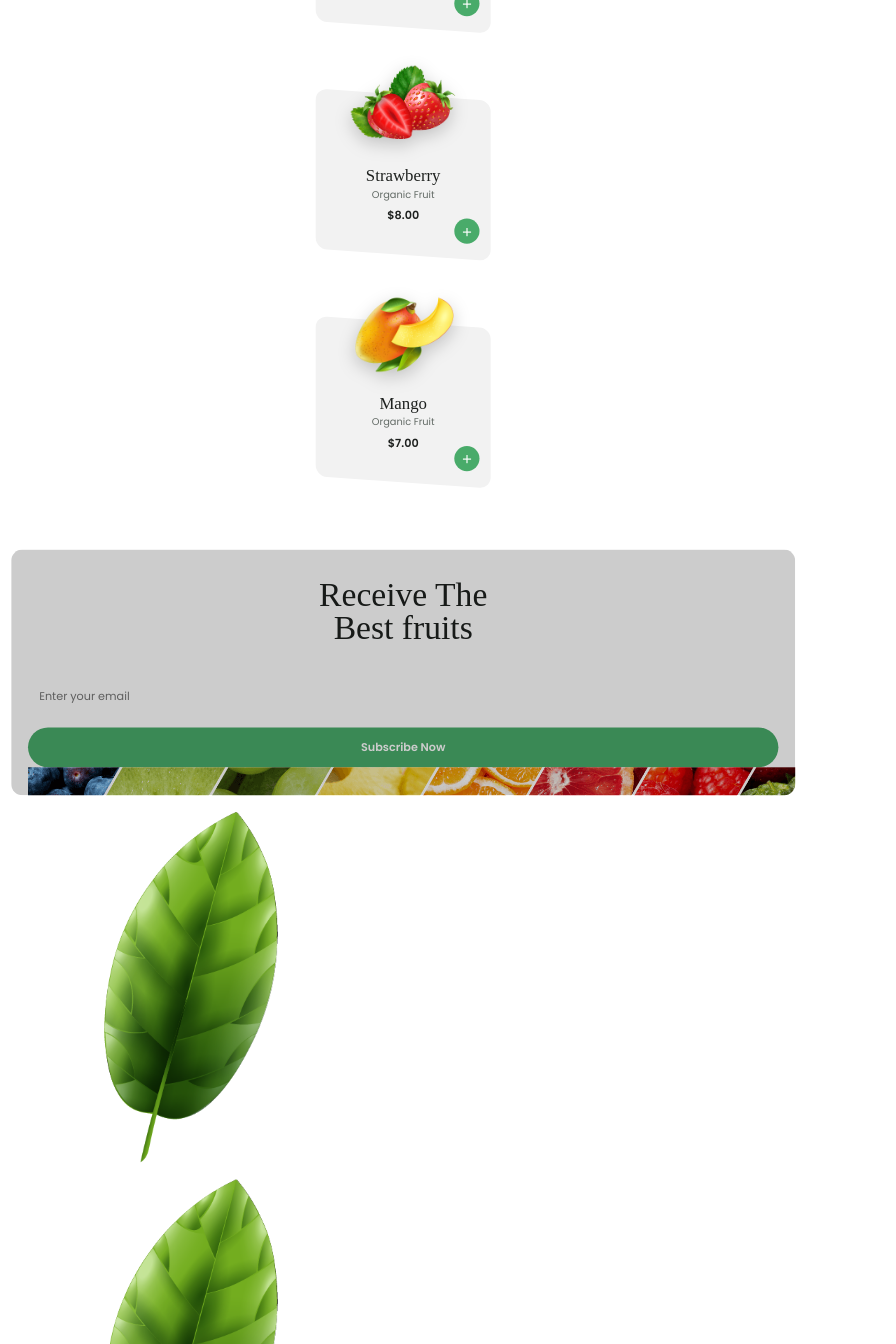
Repository: dinhhaidh/fruit
Page: index.html
These files come from the project's save history. The page is drawn as it stood at one moment and after the next save; the edit follows.
The browser window is 1280 px wide. The pictures show the part of the page from y = 3803 to 5723 px (the page is 6069 px tall), at 70% of full size.
Some web fonts or font styles are not loaded; a fallback is used.

Above is the page before, as saved 2024-02-19 10:03:20.
Console error: ReferenceError: ScrollReveal is not defined

### index.html
<!DOCTYPE html>
<html lang="en">
<head>
    <meta charset="UTF-8">
    <meta name="viewport" content="width=device-width, initial-scale=1.0">

    <!--=============== FAVICON ===============-->
    <link rel="shortcut icon" href="assets/img/favicon.png" type="image/x-icon">

    <!--=============== REMIXICONS ===============-->
    <link rel="stylesheet" href="https://cdnjs.cloudflare.com/ajax/libs/remixicon/3.5.0/remixicon.css" crossorigin="">

    <!--=============== CSS ===============-->
    <link rel="stylesheet" href="./css/style.css">

    <title>Responsive fruit website - Bedimcode</title>
</head>
<body>
    <!--==================== HEADER ====================-->
    <header class="header" id="header">
        <nav class="nav container">
            <a href="#" class="nav__logo">
                <img src="./img/logo.png" alt=""> Fruit
            </a>
            <div class="nav__menu" id="nav-menu">
                <ul class="nav__list">
                    <li class="nav__item">
                        <a href="#Home" class="nav__link">Home</a>
                    </li>
                    <li class="nav__item">
                        <a href="#enjoy" class="nav__link">About Us</a>
                    </li>
                    <li class="nav__item">
                        <a href="#popular" class="nav__link">Popular</a>
                    </li>
                    <li class="nav__item">
                        <a href="#join" class="nav__link">Join Us</a>
                    </li>
                </ul>

                <a href="#" class="nav__close" id="nav-close">
                    <i class="ri-close-line"></i>
                </a>

                <img src="./img/branch-2.png" alt="" class="nav__img-1">
                <img src="./img/fruit-line-1.png" alt="" class="nav__img-2">
            </div>

            <div class="nav__buttons">

                <i class="ri-moon-line theme__button" id="theme-button"></i>

                <div class="nav__toggle" id="nav-toggle">
                    <i class="ri-apps-2-line"></i>
                </div>
            </div>
        </nav>
    </header>

    <!--==================== MAIN ====================-->
    <main class="main">
        <!--==================== HOME ====================-->
        <section class="home section" id="home">
            <div class="home__container container grid">
                <div class="home__data">
                    <h1 class="home__title">Enjoy The <br>
                        Best Fresh <br>
                        Fruits
                    </h1>
                    <p class="home__desc">Enjoy the best organic fruits harvested with the best possible quality, obtaining unique and delicious favours</p>
                    <img src="./img/fruit-line-2.png" alt="image" class="home__fruit">
                    <a href="#" class="button">
                        Order Fruit Now
                    </a>
                </div>
                <img src="./img/home-fruits.png" alt="image" class="home__img">
            </div>
            <img src="./img/branch-2.png" alt="image" class="home__branch">
        </section>

        <!--==================== ENJOY ====================-->
        <section class="enjoy section">
            <h2 class="section__title">Eat And Enjoy</h2>
            <div class="enjoy__container container grid">
                <article class="enjoy__card">
                    <div class="enjoy__bg"></div>

                    <img src="./img/enjoy-1.png" alt="" class="enjoy__img">
                    <h3 class="enjoy__title">Healthy</h3>
                    <span class="enjoy__subtitle">Tropical Fruit</span>
                </article>
                <article class="enjoy__card">
                    <div class="enjoy__bg"></div>

                    <img src="./img/enjoy-2.png" alt="" class="enjoy__img">
                    <h3 class="enjoy__title">Healthy</h3>
                    <span class="enjoy__subtitle">Tropical Fruit</span>
                </article>
                <article class="enjoy__card">
                    <div class="enjoy__bg"></div>

                    <img src="./img/enjoy-3.png" alt="" class="enjoy__img">
                    <h3 class="enjoy__title">Healthy</h3>
                    <span class="enjoy__subtitle">Tropical Fruit</span>
                </article>
            </div>
        </section>

        <!--==================== ABOUT US ====================-->
        <section class="about section" id="about">
            <div class="about__container container grid">
                <div class="about__data">
                    <h2 class="section__title">
                        We Provide <br>
                        Healthy Fruits
                    </h2>
                    <p class="about__desc">Lorem ipsum dolor sit amet, consectetur adipisicing elit. Iusto voluptatum officia non dolores illum, hic necessitatibus sit? Sapiente, voluptatem nisi!</p>
                    <a href="#" class="button">Know More</a>
                    <img src="./img/fruit-line-1.png" alt="image" class="about__fruit">
                </div>
                <img src="./img/about-fruits.png" alt="image" class="about__img">
            </div>
            <img src="./img/branch-1.png" alt="image" class="about__branch">

        </section>

        <!--==================== POPULAR ====================-->
        <section class="popular section" id="popular">
            <h2 class="section__title">Popular Fruits</h2>
            <div class="popular__container container grid">
                <article class="popular__card">
                    <div class="popular__bg"></div>

                    <img src="./img/popular-1.png" alt="" class="popular__img">
                    <h2 class="popular__title">Apple</h2>
                    <span class="popular__subtitle">Organic Fruit</span>
                    <h3 class="popular__price">$4.00</h3>
                    <a href="#" class="popular__button button">
                        <i class="ri-add-line"></i>
                    </a>
                </article>
                <article class="popular__card">
                    <div class="popular__bg"></div>

                    <img src="./img/popular-2.png" alt="" class="popular__img">
                    <h2 class="popular__title">Watermelon</h2>
                    <span class="popular__subtitle">Organic Fruit</span>
                    <h3 class="popular__price">$7.00</h3>
                    <a href="#" class="popular__button button">
                        <i class="ri-add-line"></i>
                    </a>
                </article>

                <article class="popular__card">
                    <div class="popular__bg"></div>

                    <img src="./img/popular-3.png" alt="" class="popular__img">
                    <h2 class="popular__title">Pineapple</h2>
                    <span class="popular__subtitle">Organic Fruit</span>
                    <h3 class="popular__price">$5.00</h3>
                    <a href="#" class="popular__button button">
                        <i class="ri-add-line"></i>
                    </a>
                </article>

                <article class="popular__card">
                    <div class="popular__bg"></div>

                    <img src="./img/popular-4.png" alt="" class="popular__img">
                    <h2 class="popular__title">Banana</h2>
                    <span class="popular__subtitle">Organic Fruit</span>
                    <h3 class="popular__price">$3.00</h3>
                    <a href="#" class="popular__button button">
                        <i class="ri-add-line"></i>
                    </a>
                </article>

                <article class="popular__card">
                    <div class="popular__bg"></div>

                    <img src="./img/popular-5.png" alt="" class="popular__img">
                    <h2 class="popular__title">Strawberry</h2>
                    <span class="popular__subtitle">Organic Fruit</span>
                    <h3 class="popular__price">$8.00</h3>
                    <a href="#" class="popular__button button">
                        <i class="ri-add-line"></i>
                    </a>
                </article>

                <article class="popular__card">
                    <div class="popular__bg"></div>

                    <img src="./img/popular-6.png" alt="" class="popular__img">
                    <h2 class="popular__title">Mango</h2>
                    <span class="popular__subtitle">Organic Fruit</span>
                    <h3 class="popular__price">$7.00</h3>
                    <a href="#" class="popular__button button">
                        <i class="ri-add-line"></i>
                    </a>
                </article>

            </div>
        </section>

        <!--==================== JOIN US ====================-->
        <section class="join section" id="join">
            <div class="join__container container grid">
                <div class="join__content grid">
                    <div class="join__data">
                        <h2 class="section__title">Receive The <br>
                            Best fruits
                        </h2>
                        <p class="join__desc">
                            Get up to date with the latest fruit harvests and information form us.
                        </p>
                        <form action="" class="join__form">
                            <input type="email" placeholder="Enter your email" class="join__input">
                            <a href="#" class="join__button button">Subscribe Now</a>
                        </form>
                        <img src="./img/join-bg.png" alt="image" class="join__bg">
                    </div>
                </div>
                <img src="./img/leaf.png" alt="" class="join__img-1">
                <img src="./img/leaf.png" alt="" class="join__img-2">
            </div>

        </section>
    </main>

    <!--==================== FOOTER ====================-->
    <footer class="footer">

    </footer>

    <!--========== SCROLL UP ==========-->


    <!--=============== SCROLLREVEAL ===============-->
    <script src=""></script>

    <script src="https://code.jquery.com/jquery-3.7.1.slim.min.js"></script>

    <!--=============== MAIN JS ===============-->
    <script src="./js/main.js"></script>
</body>
</html>

### css/style.css
/*=============== GOOGLE FONTS ===============*/
@import url("https://fonts.googleapis.com/css2?family=Cherry+Bomb+One&family=Poppins:wght@400;500;600&display=swap");

/*=============== VARIABLES CSS ===============*/
:root {
  --header-height: 3.5rem;

  /*========== Colors ==========*/
  /*Color mode HSL(hue, saturation, lightness)*/
  --first-color: hsl(140, 40%, 48%);
  --first-color-alt: hsl(140, 40%, 44%);
  --title-color: hsl(140, 4%, 12%);
  --text-color: hsl(140, 4%, 40%);
  --text-color-light: hsl(140, 4%, 64%);
  --white-color: hsl(0, 0%, 100%);
  --body-color: hsl(0, 0%, 100%);
  --container-color: hsl(0, 0%, 95%);
  --shadow-img: drop-shadow(0 8px 12px hsla(0, 0%, 0%, .2));
  --filter-img: invert(1);

  /*========== Font and typography ==========*/
  /*.5rem = 8px | 1rem = 16px ...*/
  --body-font: "Poppins", sans-serif;
  --second-font: "Cherry Bomb One", cursive;
  --biggest-font-size: 3rem;
  --big-font-size: 2rem;
  --h1-font-size: 1.5rem;
  --h2-font-size: 1.25rem;
  --h3-font-size: 1rem;
  --normal-font-size: .938rem;
  --small-font-size: .813rem;

  /*========== Font weight ==========*/
  --font-regular: 400;
  --font-medium: 500;
  --font-semi-bold: 600;

  /*========== z index ==========*/
  --z-tooltip: 10;
  --z-fixed: 100;
}

/*========== Responsive typography ==========*/
@media screen and (min-width: 1150px) {
  :root {
    --biggest-font-size: 5.5rem;
    --big-font-size: 3rem;
    --h1-font-size: 2.25rem;
    --h2-font-size: 1.5rem;
    --h3-font-size: 1.25rem;
    --normal-font-size: 1rem;
    --small-font-size: .875rem;
  }
}

/*=============== BASE ===============*/
* {
  box-sizing: border-box;
  padding: 0;
  margin: 0;
}

html {
  scroll-behavior: smooth;
}

body,
input,
button {
  font-family: var(--body-font);
  font-size: var(--normal-font-size);
}

body {
  background-color: var(--body-color);
  color: var(--text-color);
  transition: background-color .4s;
}

input,
button {
  border: none;
  outline: none;
}

h1, h2, h3, h4 {
  color: var(--title-color);
  font-weight: var(--font-medium);
  line-height: 100%;
}

ul {
  list-style: none;
}

a {
  text-decoration: none;
}

img {
  display: block;
  max-width: 100%;
  height: auto;
}

/*=============== THEME ===============*/


/*========== Variables Dark Theme ==========*/



/*==========
	Color changes in some parts of
	the website, in dark theme
==========*/


/*=============== REUSABLE CSS CLASSES ===============*/
.container {
  max-width: 1120px;
  margin-inline: 1.5rem;
}

.grid {
  display: grid;
  gap: 1.5rem;
}

.section {
  padding-block: 5rem 1rem;
}

.section__title {
  font-size: var(--big-font-size);
  font-family: var(--second-font);
  text-align: center;
  margin-bottom: 1rem;
}

.main {
  overflow: hidden; /* For animation ScrollReveal */
}

/*=============== HEADER & NAV ===============*/
.header{
    position: fixed;
    width: 100%;
    top: 0;
    left: 0;
    background-color: var(--body-color);
    z-index: var(--z-fixed);
    transition: box-shadow .4s, background-color .4s;
}
.nav{
    height: var(--header-height);
    display:flex;
    align-items: center;
    justify-content: space-between;
}
.nav__close,
.nav__toggle,
.nav__logo{
    display:flex;
    align-items: center;
    justify-content: center;
    color: var(--title-color);
}
.nav__logo{
    column-gap: 0.25rem;
    font-family: var(--second-font);
    font-size: var(--h3-font-size);
}
.nav__logo img {
    width: 1.25rem;
}
.nav__link{
    color: var(--title-color);
    font-weight: var(--font-semi-bold);
    transition: color .4s;
}
.nav__link:hover{
    color: var(--first-color);
}
.nav__buttons{
    display: flex;
    column-gap: 1rem;
}

/* Navigation for mobile devices */
@media screen and (max-width: 1150px) {
    .nav__menu{
        position: fixed;
        width: 100%;
        top: -100%;
        left: 0;
        background-color: var(--body-color);
        box-shadow:  0 2px 16px hsla(0, 0%, 0%, .1);
        z-index: var(--z-fixed);
        padding-block: 4.5rem;
        transition: top .4s;
    }
    .nav__close{
        position: absolute;
        top: 1.2rem;
        right: 1.5rem;
    }
    .nav__list{
        display: flex;
        flex-direction: column;
        row-gap: 2.5rem;
        text-align: center;
    }
    .nav__img-1,
    .nav__img-2{
        position: absolute;
        filter: var(--filter-img);
    }
    .nav__img-1{
        top: -2.5rem;
        width: 150px;
        rotate: 180deg;
        left: -3.5rem;
    }
    .nav__img-2{
        width: 50px;
        bottom: 2.5rem;
        right: 2.5rem;
    }
}


/* Show menu */
.show-menu{
    top: 0;
}

/* Add shadow header */


/* Active link */


/*=============== HOME ===============*/
.home{
    position: relative;
}

.container{
    margin-inline: 1rem;
}

.home__container {
    padding-top: 2.5rem;
    row-gap: 2rem;
}
.home__data{
    position: relative;
    text-align: center;
}
.home__title{
    font-size: var(--biggest-font-size);
    font-family: var(--second-font);
    margin-bottom: 1rem;
}
.home__desc{
    margin-bottom: 2rem;
}
.button{
    display: inline-block;
    background-color: var(--first-color);
    color: var(--white-color);
    padding: 1rem 2rem;
    border-radius: 4rem;
    font-weight: var(--font-semi-bold);
    transition: box-shadow .4s;
}
.button:hover{
    box-shadow: 0 8px 24px hsla(140, 40%, 48%, .3);
}
.home__fruit,
.home__branch{
    position: absolute;
    filter: var(--filter-img);

}
.home__fruit{
    width: 40px;
    top: 6.75rem;
    left: 1rem;
}
.home__img{
    width: 320px;
    justify-self: center;
    filter: var(--shadow-img);
}
.home__branch{
    width: 120px;
    right: -3rem;
    bottom: 15rem;
}

/*=============== BUTTON ===============*/


/*=============== ENJOY ===============*/
.enjoy{

}

.enjoy__container{

}

.enjoy__card{
    position: relative;
    text-align: center;
    padding: 1.5rem 2.5rem;
}
.enjoy__bg{
    background-color: var(--container-color);
    width: 100%;
    height: 100%;
    position: absolute;
    top: 0;
    left: 0;
    border-radius: 1rem;
    transform: skew(4deg);
    transition: background-color .4s;
    z-index: -1;
}
.enjoy__img{
    width: 120px;
    margin: 0 auto;
    filter: var(--shadow-img);
    transition: transform .4s;
}
.enjoy__img:hover{
    transform: translateX(-.25rem);
}
.enjoy__title{
    font-family: var(--second-font);
    font-size: var(--h1-font-size);
    margin-bottom: 0.25rem;
}
.enjoy__subtitle{
    font-size: var(--small-font-size);
}

/*=============== ABOUT ===============*/
.about{
    position: relative;
}

.about__data{
    position: relative;
    text-align: center;
}

.about__desc{
    margin-bottom: 2rem;
}

.about__fruit,
.about__branch{
    position: absolute;
    filter: var(--filter-img);

}
.about__fruit{
    bottom: 2rem;
    right: 1rem;
    width: 40px;
}
.about__img{
    box-shadow: var(--shadow-img);
    width: 320px;
    justify-self: center;
}
.about__branch{
    width: 120px;
    bottom: 15rem;
    rotate: 60deg;
    left: -3.5rem;
}

/*=============== POPULAR ===============*/
.popular{

}

.popular__container{
    padding-top: 6rem;
    grid-template-columns: 250px;
    justify-content: center;
    row-gap: 6rem;
}

.popular__card{
    position: relative;
    text-align: center;
    padding-block: 6.5rem 3rem;
}
.popular__bg{
    width: 100%;
    height: 100%;
    position: absolute;
    top: 0;
    left: 0;
    background-color: var(--container-color);
    z-index: -1;
    transform: skewY(4deg);
    border-radius: 1rem;
    transition: background-color .4s;
}
.popular__img{
    margin: 0 auto 0.75rem;
    width: 150px;
    position: absolute;
    top: -4rem;
    left: 0;
    right: 0;
    filter: var(--shadow-img);
    transition: .4s;
}
.popular__title{
    font-size: var(--h2-font-size);
    font-family: var(--second-font);
    margin-bottom: 0.25rem;
}
.popular__subtitle{
    margin-bottom: 0.75rem;
    display: block;
    font-size: var(--small-font-size);
}
.popular__price{
    font-size: var(--normal-font-size);
    font-weight: var(--font-semi-bold);
}
.popular__button{
    width: 36px;
    height: 36px;
    padding: 8px;
    color: var(--white-color);
    place-items: center;
    font-size: 1.25rem;
    cursor: pointer;
    display: grid;
    font-weight: inherit;
    position: absolute;
    right: 1rem;
    bottom: 1rem;
}



/*=============== JOIN ===============*/
.join{

}

.join__container{
    position: relative;
    padding-bottom: 4rem;
}

.join__content{
    position: relative;
    padding: 2.5rem 1.5rem;
    row-gap: 2rem;
    border-radius: 1rem;
    overflow: hidden;
}
.join__content::after{
    content: "";
    width: 100%;
    height: 100%;
    position: absolute;
    background-color: hsla(0, 0%, 0%, .2);
    top: 0;
    left: 0;
    backdrop-filter: bl;
}
.join__data,
.join__desc{
    text-align: center;
    color: var(--white-color)
}
.join__data{

}
.join__desc{

}
.join__form{
    display: grid;
    row-gap: 0.75rem;
}
.join__input{
    padding: 1.25rem 1rem;
}
.join__button{

}
.join__bg{
    position: absolute;
    width: 100%;
    height: 100%;
    object-fit: cover;
    object-position: left;
}
.button{

}
.join__img-1,
.join__img-2{
    /* position: absolute; */
}
.join__img-1{

}
.join__img-2{

}

/*=============== FOOTER ===============*/


/*=============== SCROLL BAR ===============*/


/*=============== SCROLL UP ===============*/


/* Show Scroll Up */


/*=============== BREAKPOINTS ===============*/
/* For small devices */


/* For medium devices */


/* For large devices */

### js/main.js
$(document).ready(function () {
  $("#nav-toggle").click(function(){
    $("#nav-menu").addClass("show-menu");
  });
  $("#nav-close").click(function(){
    $("#nav-menu").removeClass("show-menu");
  });
  $("#nav__link").click(function(){
    $('.active-link').removeClass("show-menu");
  });

  // khi kích vào nav__link nó sẽ ẳn đi
  $('.nav__item a').click(function(){
    $("#nav-menu").removeClass("show-menu");
  });
  //
  $(window).scroll(function(){
    $("#header").toggleClass("shadow-header", $(this).scrollTop() >= 50);
    $("#scroll-up").toggleClass("show-scroll", $(this).scrollTop() >= 350);

    // // active-link //
    // $('.active-link').addClass('nav__menu');

    /*=============== SCROLL SECTIONS ACTIVE LINK ===============*/
const sections = document.querySelectorAll('section[id]')

const scrollActive = () =>{
  	const scrollDown = window.scrollY

	sections.forEach(current =>{
		const sectionHeight = current.offsetHeight,
            sectionTop = current.offsetTop - 58,
            sectionId = current.getAttribute('id'),
            sectionsClass = document.querySelector('.nav__menu a[href*=' + sectionId + ']')

		if(scrollDown > sectionTop && scrollDown <= sectionTop + sectionHeight){
			sectionsClass.classList.add('active-link')
		}else{
			sectionsClass.classList.remove('active-link')
		}
	})
}
window.addEventListener('scroll', scrollActive)
  });
});


// dark-theme
$(document).ready( function(){
  $('#theme-button').click( function () {
      $('body').toggleClass('dark-theme');
      $('.ri-moon-line').toggleClass('ri-sun-line');
  });
});
//

/*=============== SCROLL REVEAL ANIMATION ===============*/
const sr = ScrollReveal({
  origin: 'top',
  distance: '60px',
  duration: 2500,
  delay: 400,
  // reset: true
})
sr.reveal(`.home__data, .join__container, .footer__container`) //hiệu ứng trên xuống
sr.reveal(`.home__img`,{origin: 'bottom'})
sr.reveal(`.enjoy__card, .popular__card`,{interval: 100}) //hiệu ứng trêm xuống lần lần từng giây
sr.reveal(`.about__data`,{origin: 'right'})
sr.reveal(`.about__img`,{origin: 'left'})

After the next save:
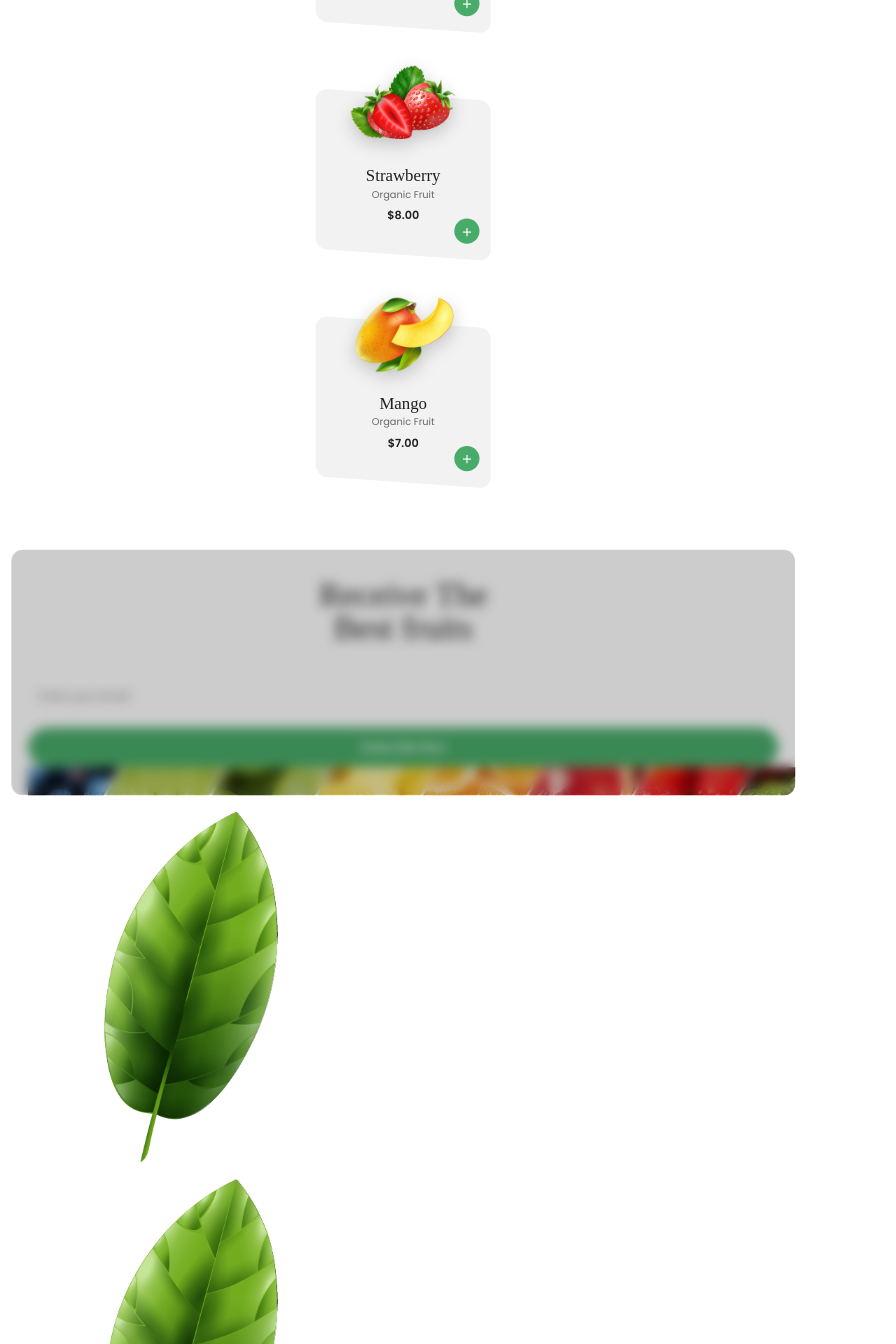
Saved 4 s later.
--- a/css/style.css
+++ b/css/style.css
@@ -479,7 +479,7 @@ img {
     background-color: hsla(0, 0%, 0%, .2);
     top: 0;
     left: 0;
-    backdrop-filter: bl;
+    backdrop-filter: blur(8px);
 }
 .join__data,
 .join__desc{
